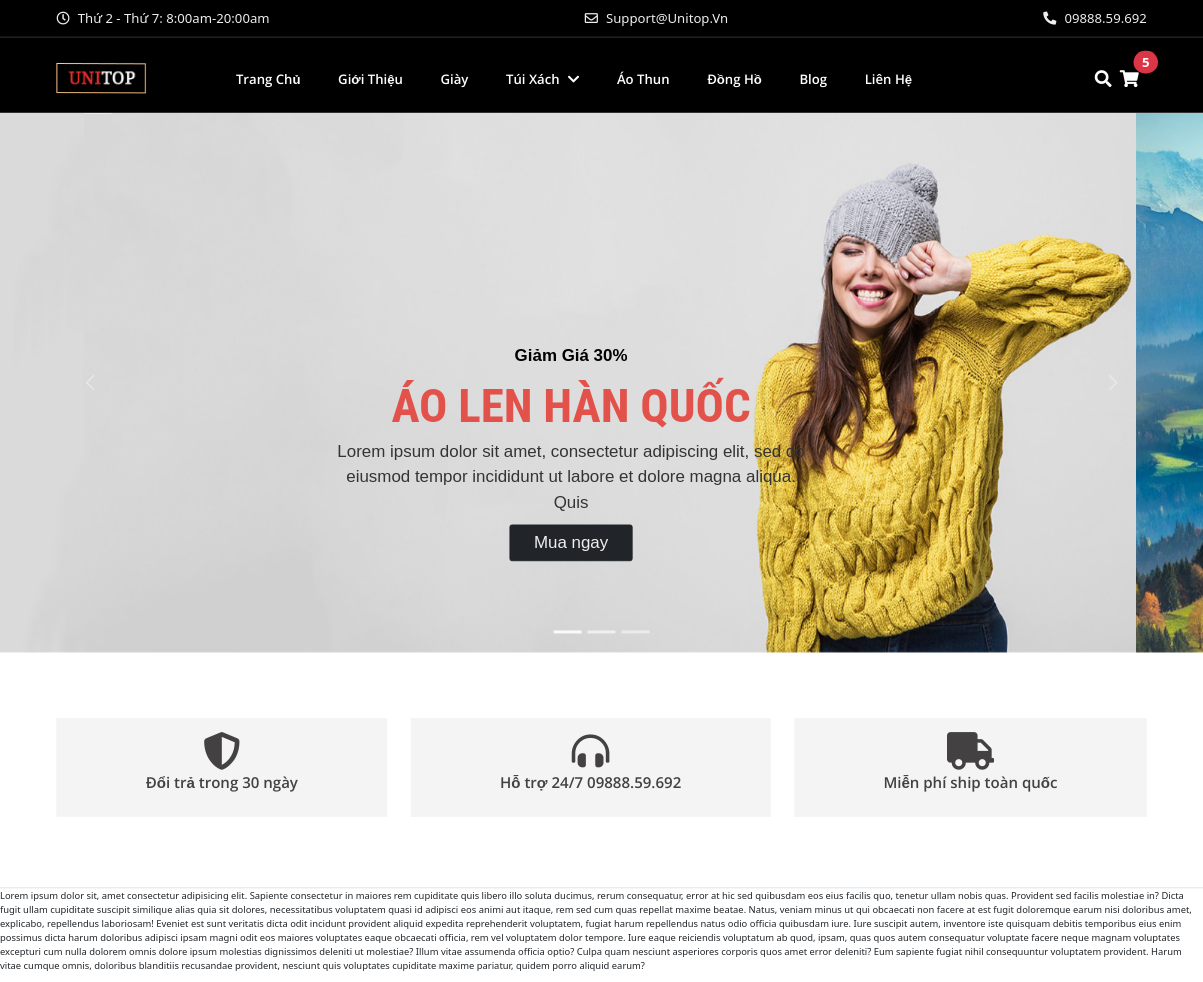
Repository: vinhtk0209/clothes-shop
Page: index.html
An editor plug-in stored every save of this project. The page is shown before and after the next save, followed by the edit.
The browser window is 1280 px wide. The pictures show the whole page, at 94% of full size.

Above is the page before, as saved 2021-10-04 17:57:07.

After the next save:
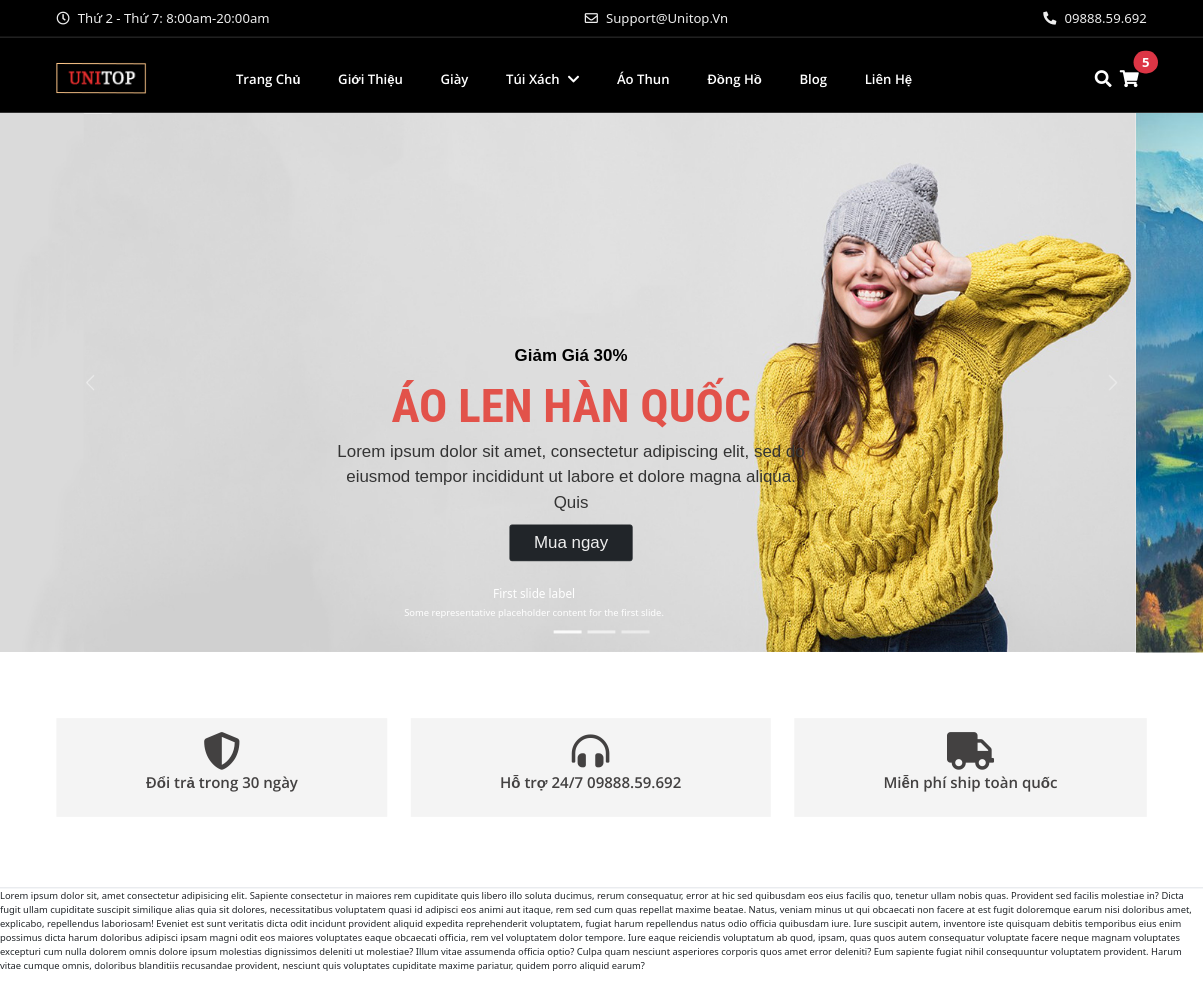
Saved 54 s later.
--- a/index.html
+++ b/index.html
@@ -197,10 +197,10 @@
           <div class="carousel-inner">
             <div class="carousel-item active" class="">
               <img src="assets/images/slide-1.png" class="d-block w-100" alt="...">
-              <!-- <div class="carousel-caption d-none d-md-block">
+              <div class="carousel-caption d-none d-md-block">
                 <h5>First slide label</h5>
                 <p>Some representative placeholder content for the first slide.</p>
-              </div> -->
+              </div>
             </div>
             <div class="carousel-item">
               <img src="assets/images/slide-2.jpg" class="d-block w-100" alt="...">
